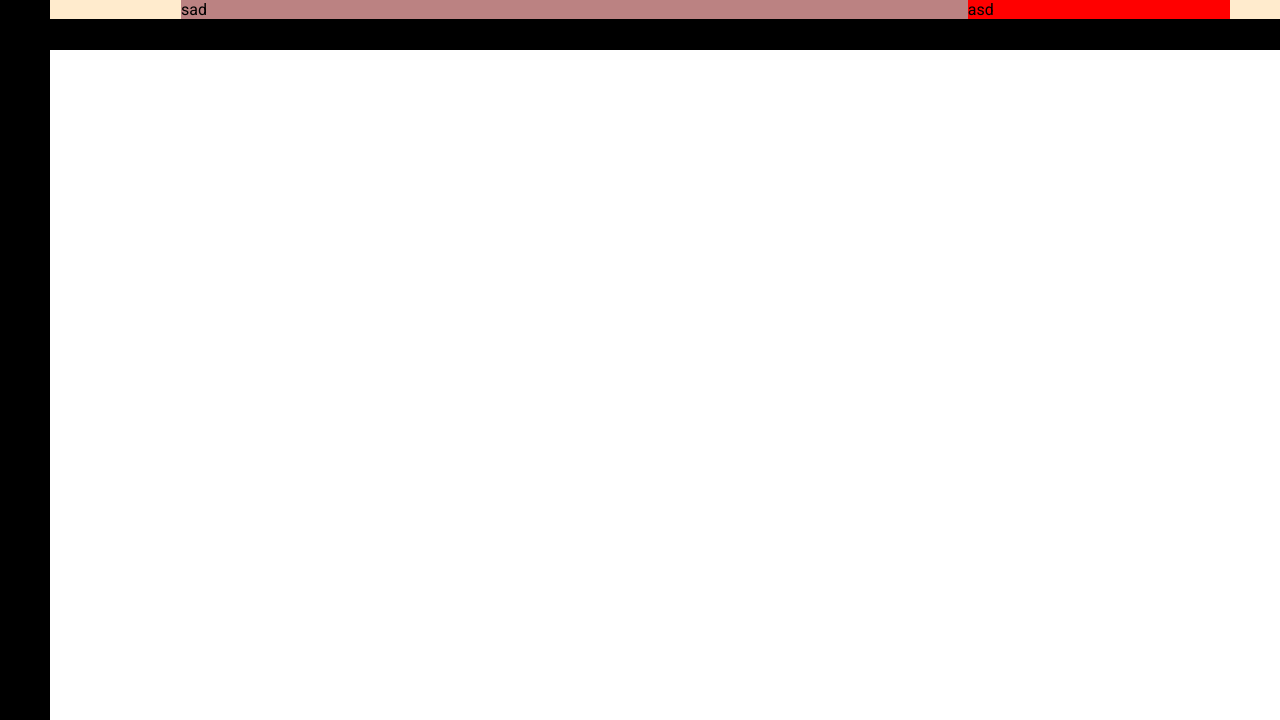
Repository: JulyK9/Movie-Website
Page: index.html
An editor plug-in stored every save of this project. The page is shown before and after the next save, followed by the edit.
The browser window is 1280 px wide. The pictures show the whole page.

Above is the page before, as saved 2022-07-03 00:28:26.

After the next save:
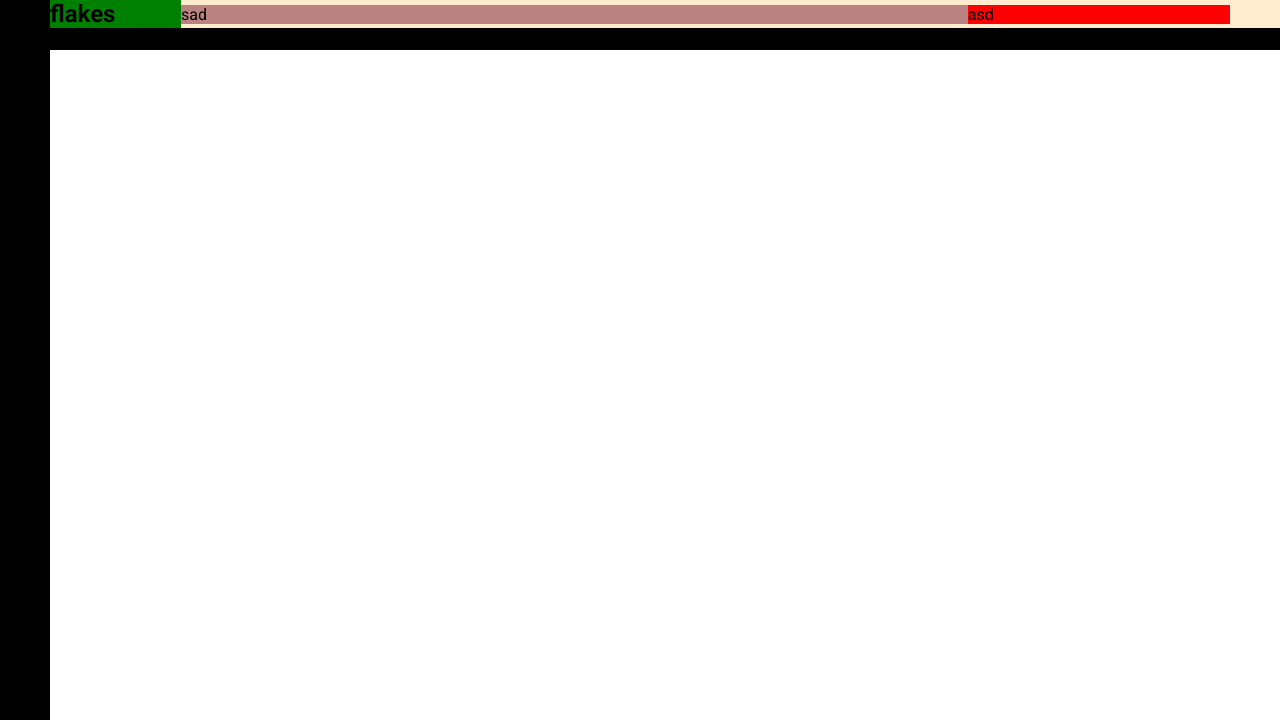
Saved 41 s later.
--- a/index.html
+++ b/index.html
@@ -15,7 +15,7 @@
 <body>
     <nav class="navbar">
         <div class="navbar-container">
-            <div class="logo-container"><h1 class="logo"></h1></div>
+            <div class="logo-container"><h1 class="logo">flakes</h1></div>
             <div class="menu-container">sad</div>
             <div class="profile-container">asd</div>
         </div>
